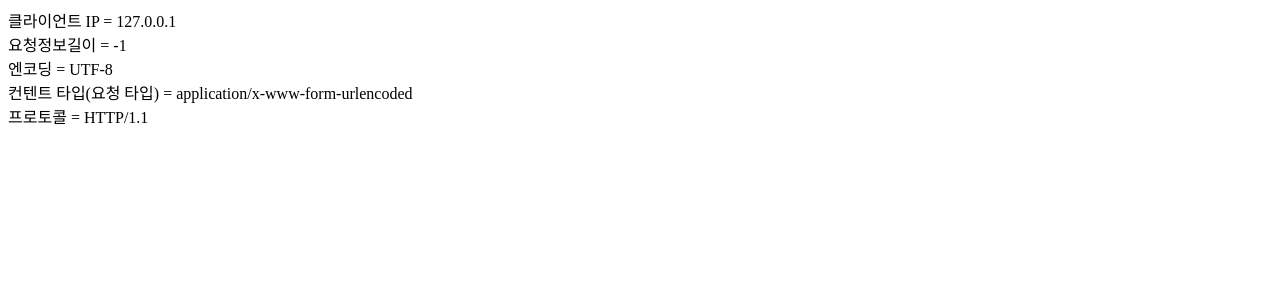
Repository: xo461/test
Page: http://localhost/ch03jsp/requestInfo.jsp
These files come from the project's save history. The page is drawn as it stood at one moment and after the next save; the edit follows.
The browser window is 1280 px wide. The pictures show the whole page.
The page is served by Tomcat 9.

Above is the page before, as saved 2019-11-13 01:49:02.

After the next save:
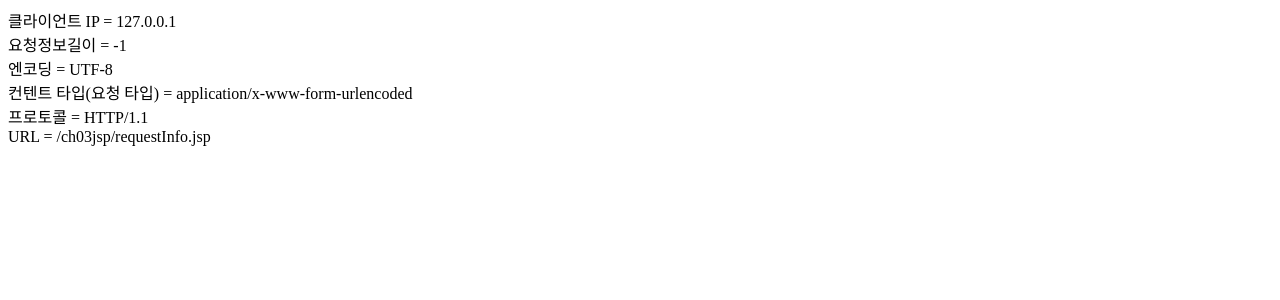
Saved 83 s later.
--- a/jsp/ch03jsp/WebContent/requestInfo.jsp
+++ b/jsp/ch03jsp/WebContent/requestInfo.jsp
@@ -16,5 +16,6 @@
 엔코딩 = <%= request.getCharacterEncoding() %><br/>
 컨텐트 타입(요청 타입) = <%= request.getContentType() %><br/>
 프로토콜 = <%= request.getProtocol() %><br/>
+URL = <%= request.getRequestURI() %><br/>
 </body>
 </html>
